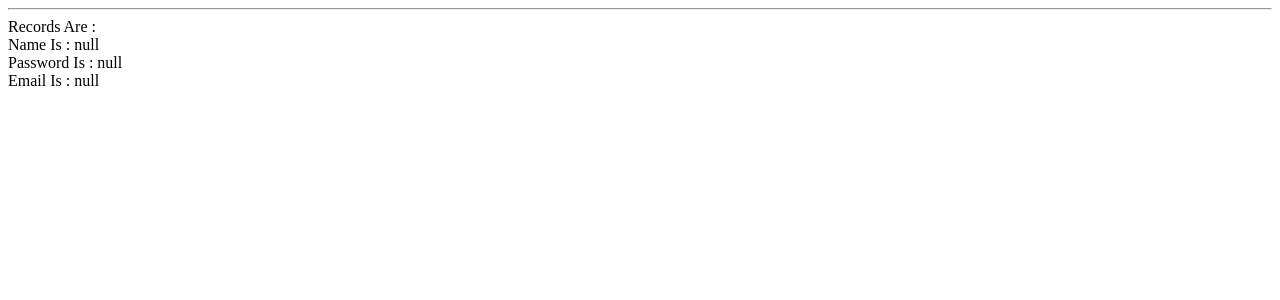
Repository: Sunil-731820/AllWorkingModels
Page: http://localhost/JSFUsingBean/process.jsp
The author's editor kept a copy of each file at every save. The page is drawn from the files as they stood at one save, then again after the next save.
The browser window is 1280 px wide. The pictures show the whole page.
The page is served by Tomcat 9. Other server files are loaded and not shown.

Above is the page before, as saved 2022-10-27 10:58:36.

### HibernatesProject/JSFUsingBean/src/main/webapp/process.jsp
<%@ page language="java" contentType="text/html; charset=ISO-8859-1"
    pageEncoding="ISO-8859-1"%>
<!DOCTYPE html>
<html>
<head>
<meta charset="ISO-8859-1">
<title>Insert title here</title>
</head>
<body>

<jsp:useBean id="u" class="com.java.jsf.User"/>
<jsp:setProperty property="*" name="u"/>
<hr>
Records Are :<br>

Name Is : <jsp:getProperty property="name" name="u"/><br>
Password Is : <jsp:getProperty property="password" name="u"/><br>
Email Is : <jsp:getProperty property="email" name="u"/><br>


</body>
</html>

### HibernatesProject/JSFUsingBean/src/main/java/com/java/jsf/User.java
package com.java.jsf;

public class User {

	private String name;
	private String password;
	private String email;


	public String getName() {
		return name;
	}
	public void setName(String name) {
		this.name = name;
	}
	public String getPassword() {
		return password;
	}
	public void setPassword(String password) {
		this.password = password;
	}
	public String getEmail() {
		return email;
	}
	public void setEmail(String email) {
		this.email = email;
	}





}

After the next save:
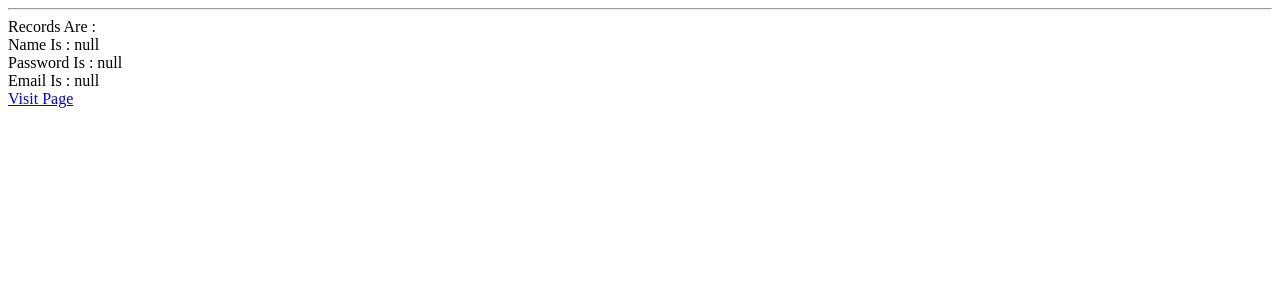
Saved 2 min 4 s later.
--- a/HibernatesProject/JSFUsingBean/src/main/webapp/process.jsp
+++ b/HibernatesProject/JSFUsingBean/src/main/webapp/process.jsp
@@ -16,7 +16,7 @@ Records Are :<br>
 Name Is : <jsp:getProperty property="name" name="u"/><br>
 Password Is : <jsp:getProperty property="password" name="u"/><br>
 Email Is : <jsp:getProperty property="email" name="u"/><br>
-
+<a href="secondPageUsingSessionRequest.jsp">Visit Page</a>
 
 </body>
 </html>
